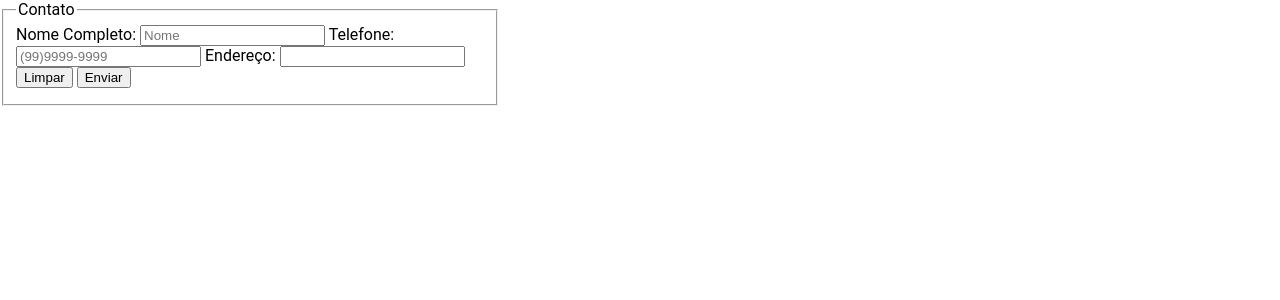
Repository: PedroViniciusVeiga/ProjetoColdigo
Page: exemploServlet/WebContent/contato.html
An editor plug-in stored every save of this project. The page is shown before and after the next save, followed by the edit.
The browser window is 1280 px wide. The pictures show the whole page.

Above is the page before, as saved 2021-04-07 22:12:55.

After the next save:
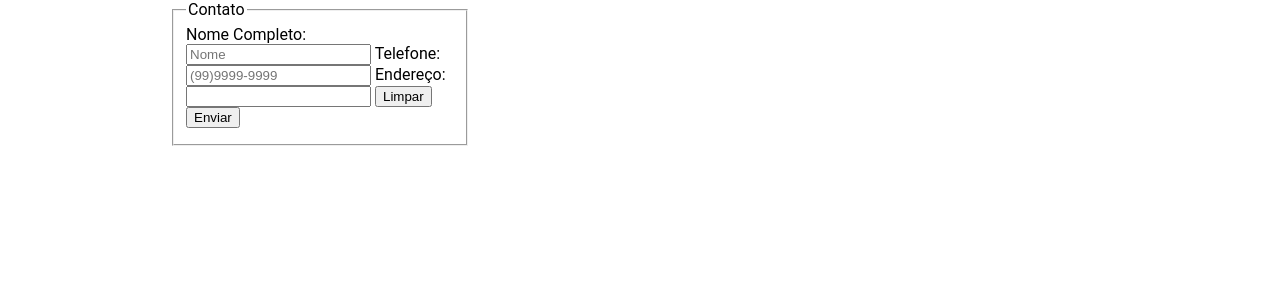
Saved 4 min 21 s later.
--- a/exemploServlet/WebContent/css/siteContato.css
+++ b/exemploServlet/WebContent/css/siteContato.css
@@ -9,18 +9,18 @@ body {
 
 section{
 	clear:both;
-	min-height:500px;
+	min-height: 500px;
 	width: 100%;
 	margin-top:0px;
 }
 
 .blocoForm{
 	float:left;
-	width: 500px;;
+	width: 50%;;
 
 }
 
 .formContato{
 	margin: 0px auto;
-	width: 100%;
+	width: 300px;
 }
